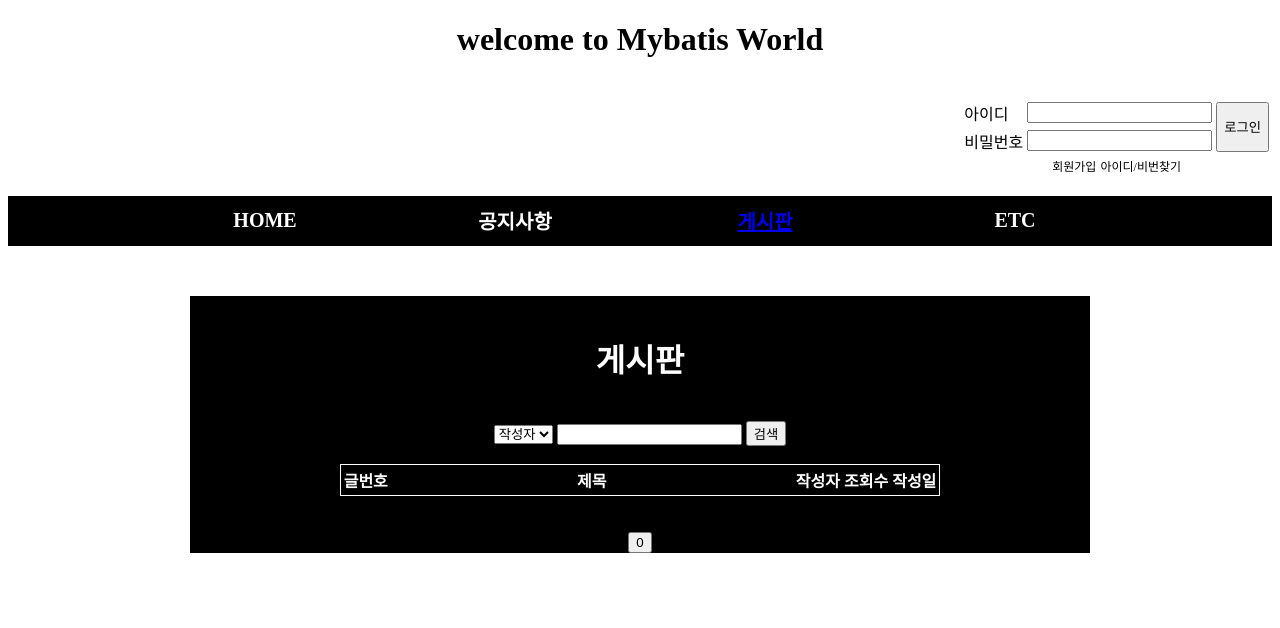
Repository: didwlwd/workspace
Page: http://localhost/mybatisProject/views/board/boardListView.jsp
The author's editor kept a copy of each file at every save. The page is drawn from the files as they stood at one save, then again after a run of saves.
The browser window is 1280 px wide. The pictures show the whole page.
The page is served by Tomcat 10. The template is opened directly, without the code that normally fills it, so the values that code supplies are empty.

Above is the page before, as saved 2025-03-07 01:35:20.

After the next 3 saves:
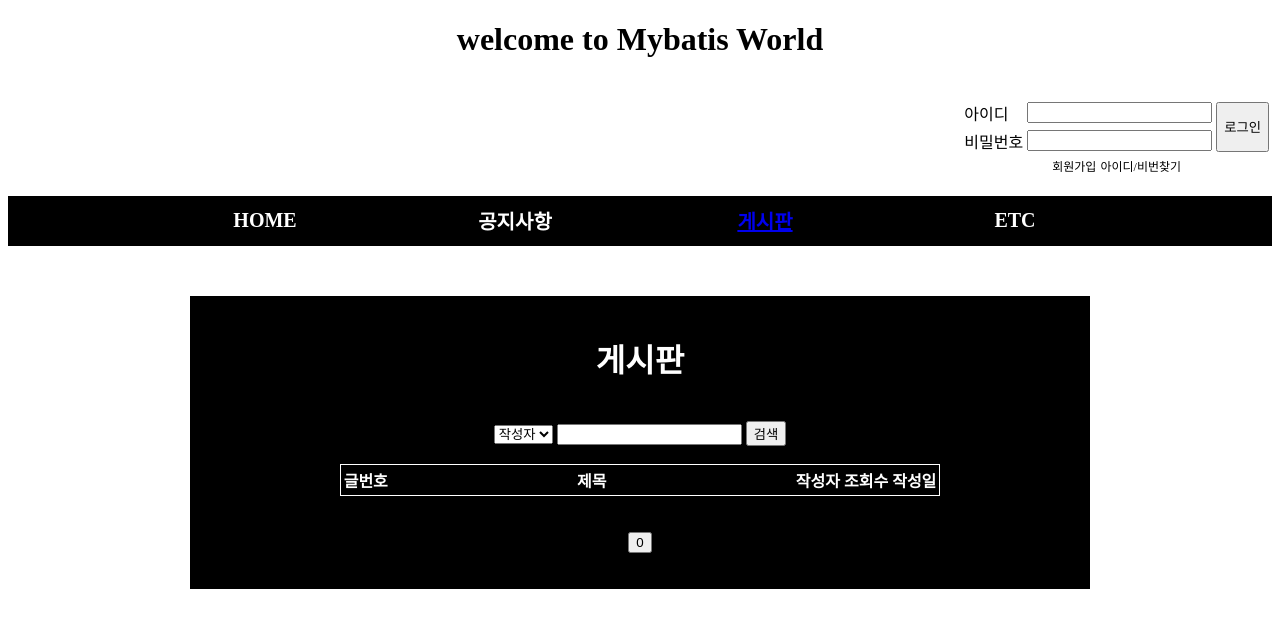
The 3 saves are shown as one change because they came seconds apart.
The last was saved 22 s later.
--- a/08_myBatis/mybatisProject/src/main/webapp/views/board/boardListView.jsp
+++ b/08_myBatis/mybatisProject/src/main/webapp/views/board/boardListView.jsp
@@ -61,7 +61,9 @@
                 </c:forEach>
             </tbody>
         </table>
+
         <br><br>
+
         <div align="center">
         	<c:if test="${pi.currentPage > 1 }">
             	<button class="btn btn-sm btn-primary"onclick="location.href='${pageContext.request.contextPath}/list.bo?cpage=${pi.currentPage - 1}'">&lt;이전</button>
@@ -81,9 +83,10 @@
             <c:if test="${pi.currentPage < pi.maxPage}">
             	<button class="btn btn-sm btn-primary" onclick="location.href='${pageContext.request.contextPath}/list.bo?cpage=${pi.currentPage + 1}'">다음&gt;</button>
             </c:if>
+        </div>
 
+        <br><br>
 
-        </div>
     </div>
 </body>
 </html>
